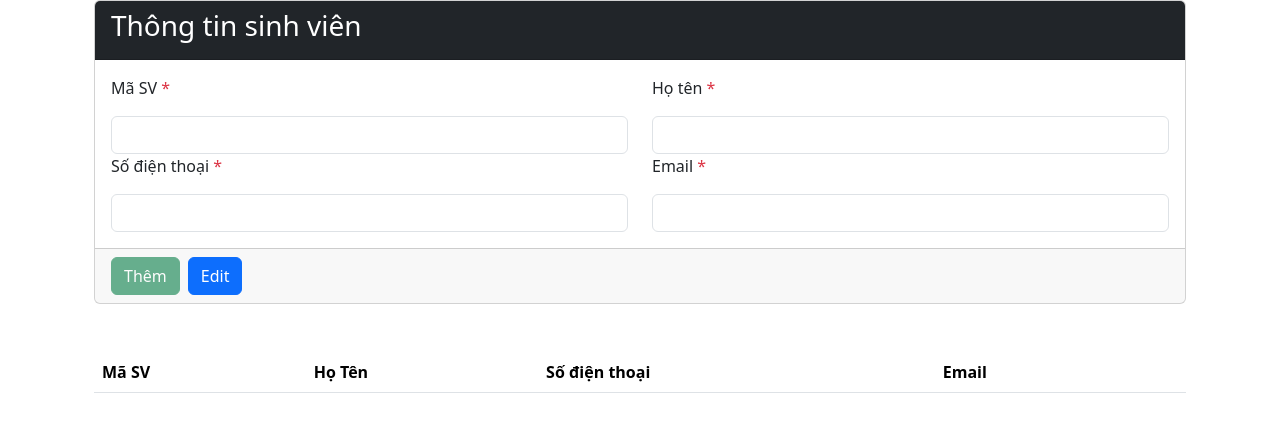
Repository: KhoiNguyen77/BT_REACT_FORM
Page: /
An editor plug-in stored every save of this project. The page is shown before and after a run of saves, followed by the edit.
The browser window is 1280 px wide. The pictures show the whole page.
The project was rebuilt for these pictures with package versions that can differ from the ones it lists, and the page was loaded fresh each time.

Above is the page before, as saved 2023-05-27 18:40:28.

After the next 2 saves:
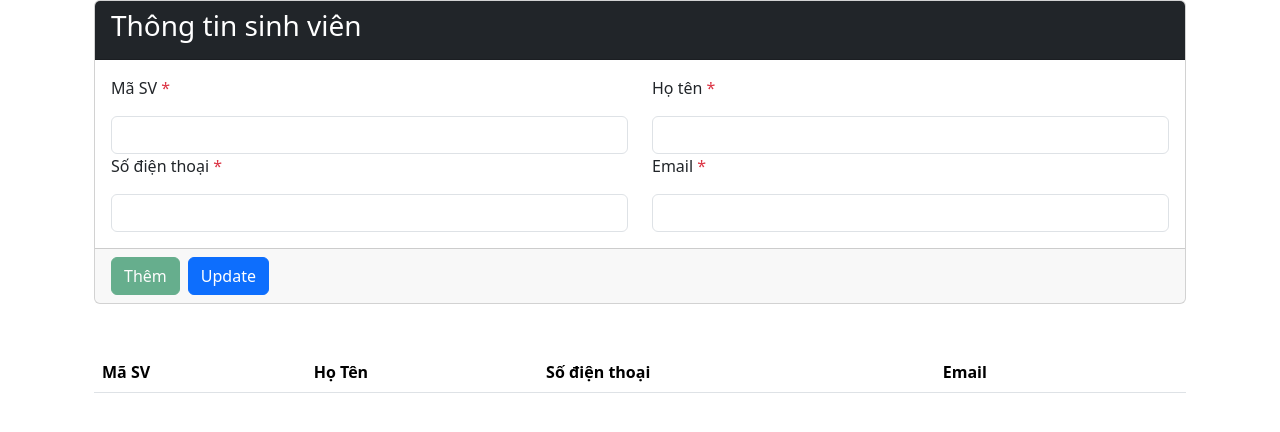
The 2 saves are shown as one change because they came seconds apart.
The last was saved 2 min 29 s later.
--- a/src/FormComponent/InputField.jsx
+++ b/src/FormComponent/InputField.jsx
@@ -21,6 +21,7 @@ export default class InputField extends PureComponent {
             editStudent: {}
         }
     }
+
 
     handleInput = e => {
         const { students } = this.props;
@@ -124,7 +125,7 @@ export default class InputField extends PureComponent {
                     </div>
                     <div className="card-footer">
                         <button type='submit' onClick={this.handleSubmit} className='btn btn-success' disabled={this.state.Disabled}>Thêm</button>
-                        <button type='submit' className='btn btn-primary mx-2' > Edit</button>
+                        <button type='submit' className='btn btn-primary mx-2'>Update</button>
                     </div>
                 </form>
             </div>
